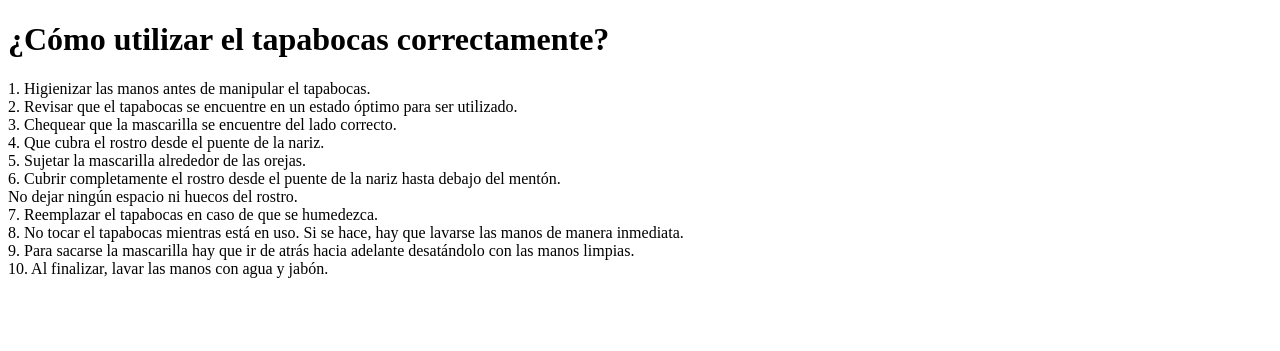
Repository: gustavomanfre/Curso_Front_End_Digitalers
Page: Unidad1/M1 - Laboratorio_01/index.html
The author's editor kept a copy of each file at every save. The page is drawn from the files as they stood at one save, then again after a run of saves.
The browser window is 1280 px wide. The pictures show the whole page.

Above is the page before, as saved 2022-05-25 18:20:40.

After the next 2 saves:
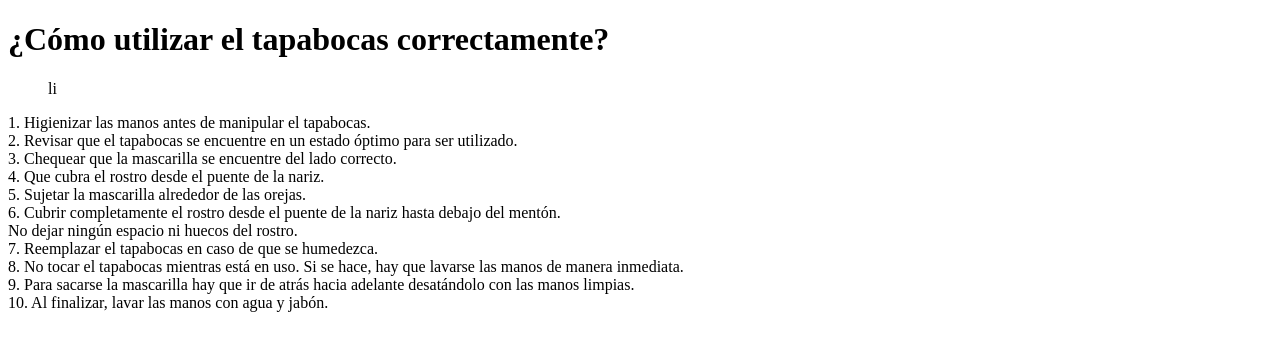
The 2 saves are shown as one change because they came seconds apart.
The last was saved 6 s later.
--- a/Unidad1/M1 - Laboratorio_01/index.html
+++ b/Unidad1/M1 - Laboratorio_01/index.html
@@ -11,7 +11,7 @@
 
     <p>
         <ol>
-
+            li
         </ol>
 
         1. Higienizar las manos antes de manipular el tapabocas.<br>
